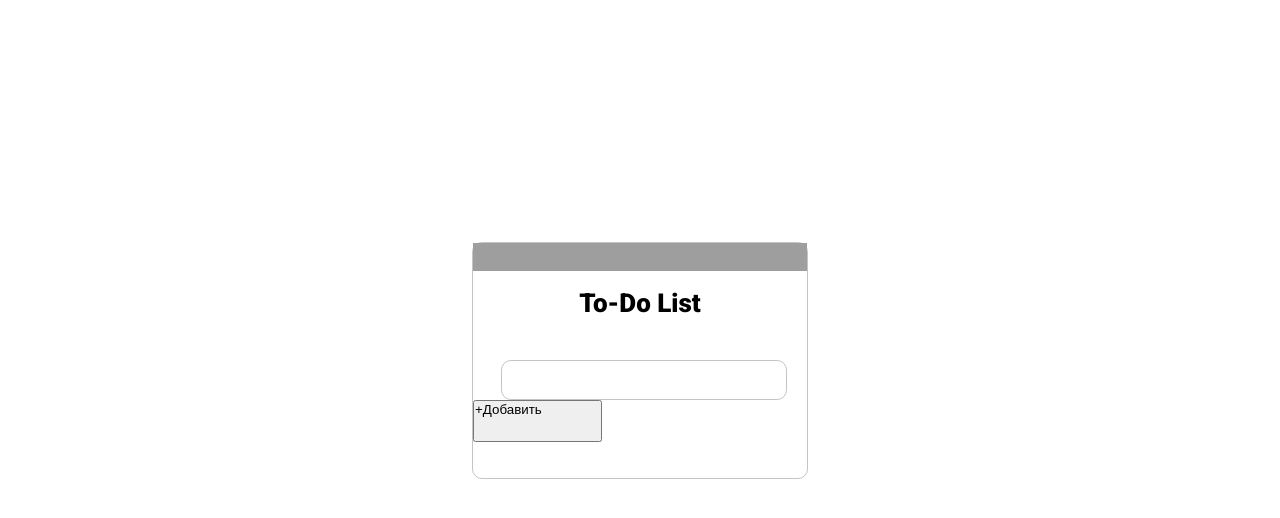
Repository: NatiqSamiyev/To-do-List-js
Page: insex.html
An editor plug-in stored every save of this project. The page is shown before and after the next save, followed by the edit.
The browser window is 1280 px wide. The pictures show the whole page.
Pictures or frames that could not be fetched are drawn as grey boxes. Some web fonts or font styles are not loaded; a fallback is used.

Above is the page before, as saved 2023-10-31 11:44:29.

After the next save:
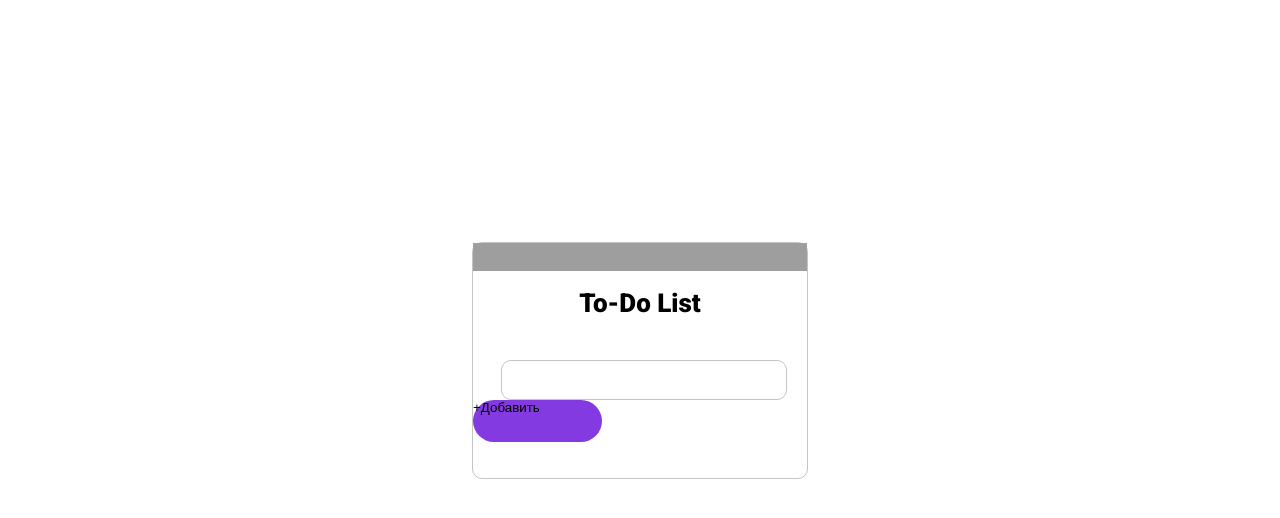
Saved 14 s later.
--- a/index.css
+++ b/index.css
@@ -140,5 +140,8 @@ height: 20px;
 button{
   display: flex;
   width: 129px;
-height: 42px
+height: 42px;
+background-color: #833AE0;
+border-radius: 25px;
+border: none;
 }
